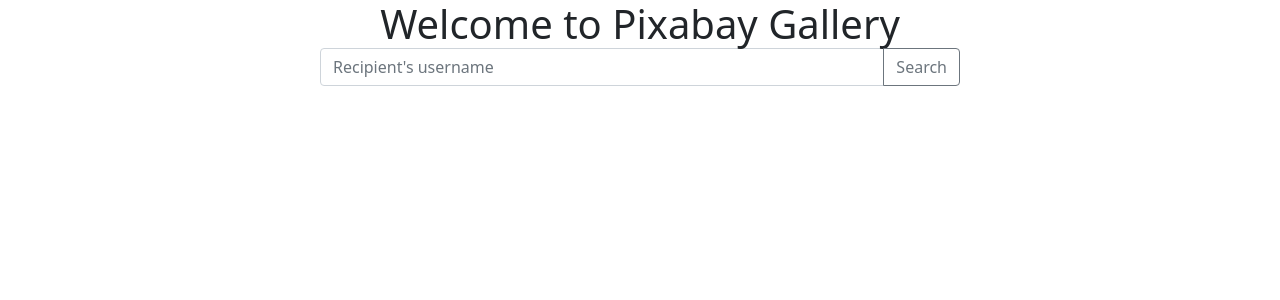
Repository: mehedi9465/PixaBay-Gallery
Page: index.html
The author's editor kept a copy of each file at every save. The page is drawn from the files as they stood at one save, then again after a run of saves.
The browser window is 1280 px wide. The pictures show the whole page.

Above is the page before, as saved 2023-05-09 13:10:43.

After the next 2 saves:
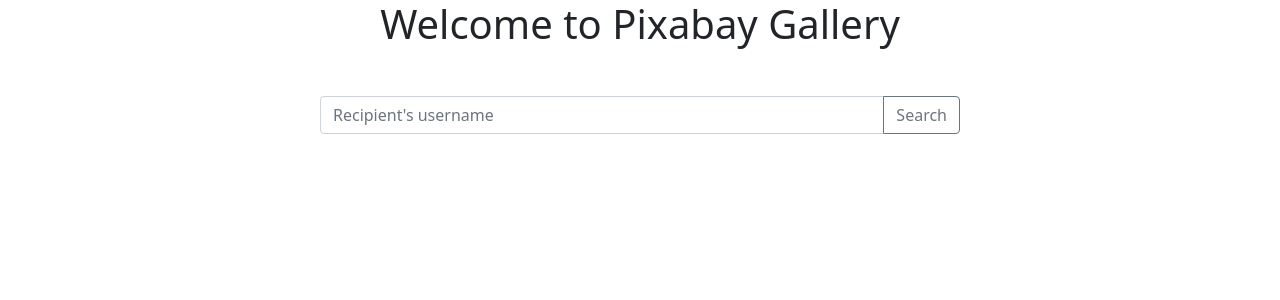
The 2 saves are shown as one change because they came seconds apart.
The last was saved 8 s later.
--- a/index.html
+++ b/index.html
@@ -24,7 +24,7 @@
     <link rel="stylesheet" href="css/style.css" />
   </head>
   <body>
-    <main class="">
+    <main class="py-5">
       <div class="input-group mt-5 mb-5 w-50 mx-auto overflow-hidden">
         <input
           type="text"

After the save that followed:
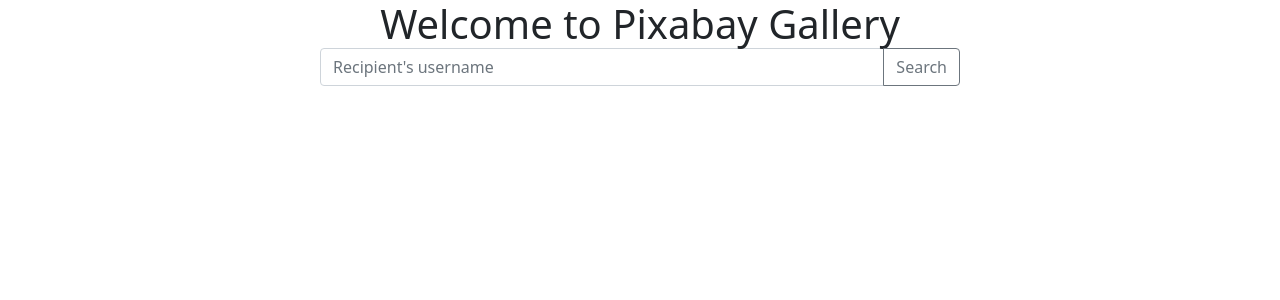
Saved 5 s later.
--- a/index.html
+++ b/index.html
@@ -24,7 +24,7 @@
     <link rel="stylesheet" href="css/style.css" />
   </head>
   <body>
-    <main class="py-5">
+    <main class="h-100">
       <div class="input-group mt-5 mb-5 w-50 mx-auto overflow-hidden">
         <input
           type="text"
